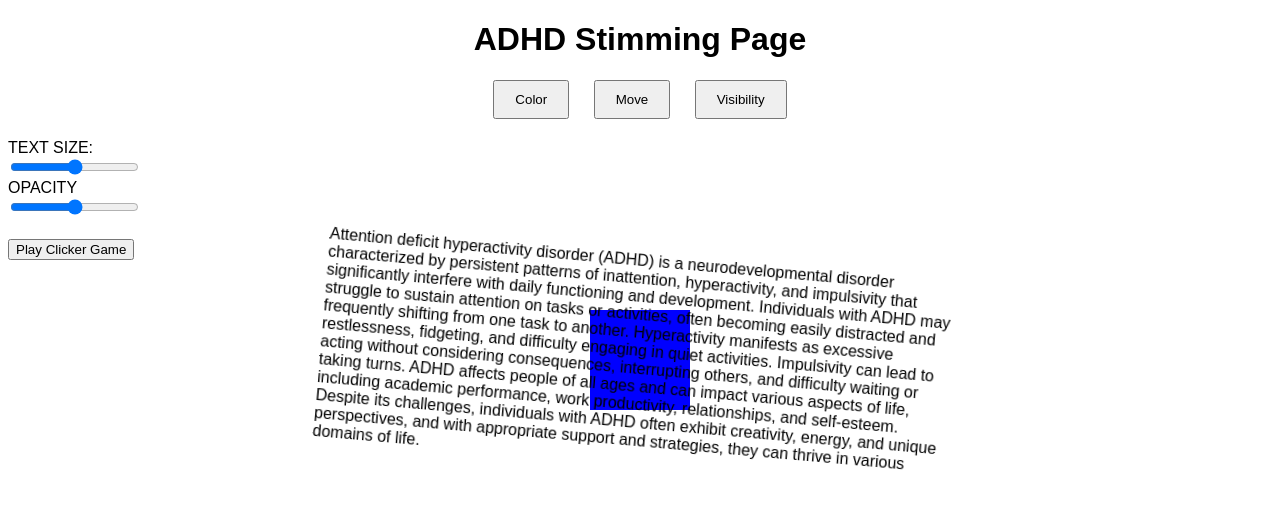
Repository: anderscederberg11/unhandledRuntimeError.json
Page: Henver/henver3.html
An editor plug-in stored every save of this project. The page is shown before and after the next save, followed by the edit.
The browser window is 1280 px wide. The pictures show the whole page.

Above is the page before, as saved 2024-05-24 19:18:29.

After the next save:
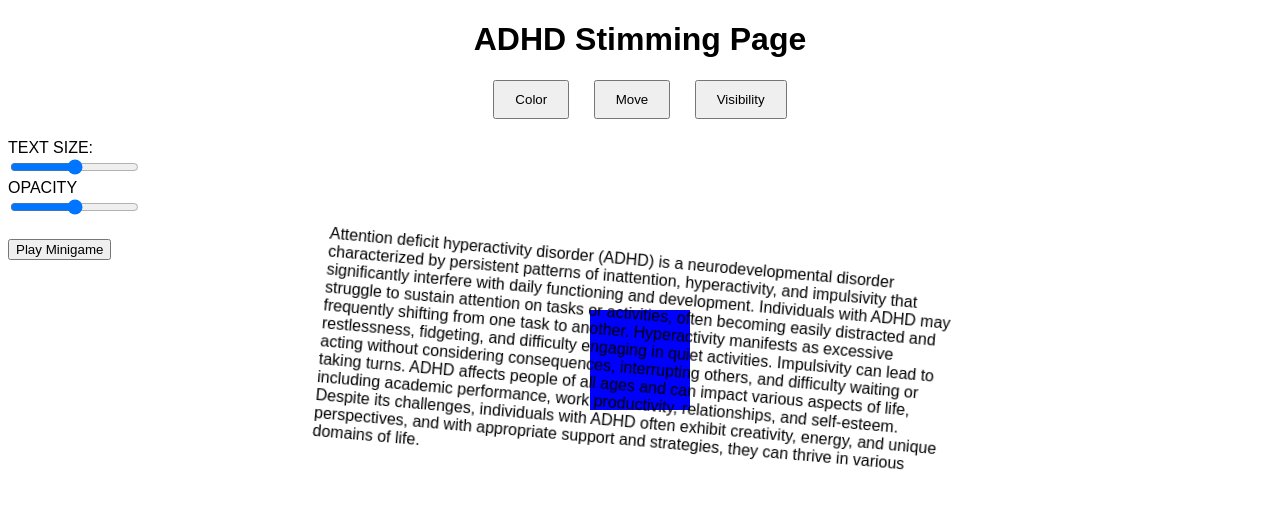
Saved 11 s later.
--- a/Henver/henver3.html
+++ b/Henver/henver3.html
@@ -27,9 +27,10 @@
     <div class="floating-paragraph">
         <p>Attention deficit hyperactivity disorder (ADHD) is a neurodevelopmental disorder characterized by persistent patterns of inattention, hyperactivity, and impulsivity that significantly interfere with daily functioning and development. Individuals with ADHD may struggle to sustain attention on tasks or activities, often becoming easily distracted and frequently shifting from one task to another. Hyperactivity manifests as excessive restlessness, fidgeting, and difficulty engaging in quiet activities. Impulsivity can lead to acting without considering consequences, interrupting others, and difficulty waiting or taking turns. ADHD affects people of all ages and can impact various aspects of life, including academic performance, work productivity, relationships, and self-esteem. Despite its challenges, individuals with ADHD often exhibit creativity, energy, and unique perspectives, and with appropriate support and strategies, they can thrive in various domains of life.</p>
       </div>
+
       <div id="minigame-container" class="minigame-container">
-        <button id="minigame-button" onclick="startClickerGame()">Play Clicker Game</button>
-        <div id="clicker-game"></div>
+        <button id="minigame-button" onclick="showRandomMinigame()">Play Minigame</button>
+        <div id="minigame"></div>
       </div>
 
 <script>
@@ -59,43 +60,6 @@
 function adjustOpacity(value) {
   document.getElementById("movableElement").style.opacity = value / 100;
 }
-let clickerInterval;
-let clickerTimeout;
-
-function startClickerGame() {
-  // Clear previous game
-  clearInterval(clickerInterval);
-  clearTimeout(clickerTimeout);
-  document.getElementById("clicker-game").innerHTML = "";
-
-  // Create and append the clickable target
-  const target = document.createElement("div");
-  target.classList.add("clicker-target");
-  target.style.top = Math.random() * 80 + "%";
-  target.style.left = Math.random() * 80 + "%";
-  document.getElementById("clicker-game").appendChild(target);
-
-  // Move the target randomly every 1 second
-  clickerInterval = setInterval(moveTarget, 1000);
-
-  // End the game after 10 seconds
-  clickerTimeout = setTimeout(endClickerGame, 10000);
-}
-
-function moveTarget() {
-  const target = document.querySelector(".clicker-target");
-  target.style.top = Math.random() * 80 + "%";
-  target.style.left = Math.random() * 80 + "%";
-}
-
-function endClickerGame() {
-  clearInterval(clickerInterval);
-  document.getElementById("clicker-game").innerHTML = "<p>Game Over!</p>";
-}
-
-function handleClick() {
-  alert("You clicked the target!");
-}
 </script>
 </body>
 </html>

After the save that followed:
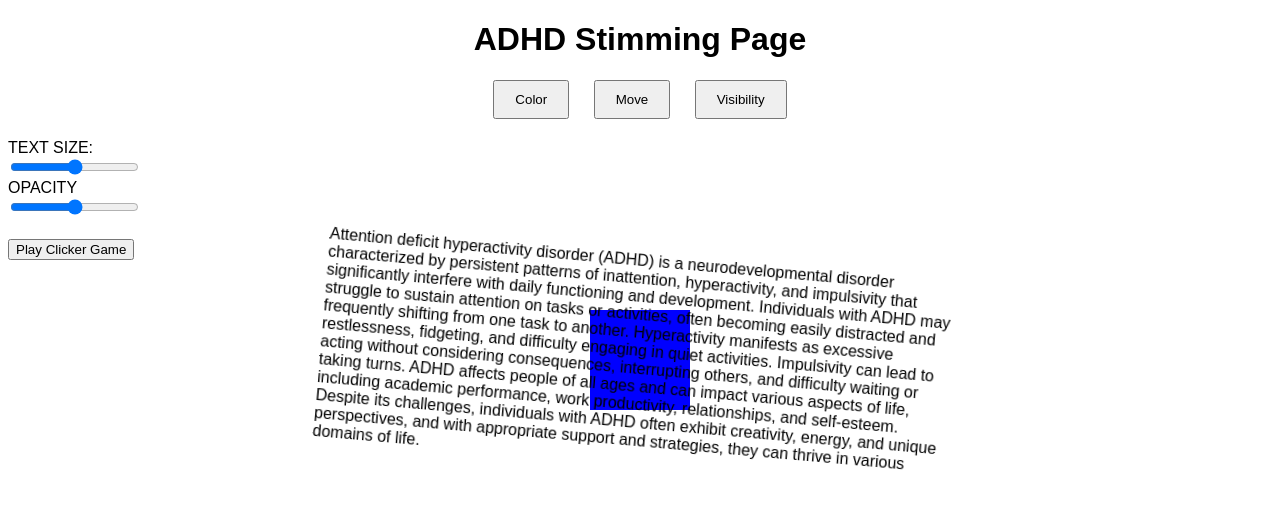
Saved 23 s later.
--- a/Henver/henver3.html
+++ b/Henver/henver3.html
@@ -29,8 +29,8 @@
       </div>
 
       <div id="minigame-container" class="minigame-container">
-        <button id="minigame-button" onclick="showRandomMinigame()">Play Minigame</button>
-        <div id="minigame"></div>
+        <button id="minigame-button" onclick="startClickerGame()">Play Clicker Game</button>
+        <div id="clicker-game"></div>
       </div>
 
 <script>
@@ -60,6 +60,43 @@
 function adjustOpacity(value) {
   document.getElementById("movableElement").style.opacity = value / 100;
 }
+let clickerInterval;
+let clickerTimeout;
+
+function startClickerGame() {
+  // Clear previous game
+  clearInterval(clickerInterval);
+  clearTimeout(clickerTimeout);
+  document.getElementById("clicker-game").innerHTML = "";
+
+  // Create and append the clickable target
+  const target = document.createElement("div");
+  target.classList.add("clicker-target");
+  target.style.top = Math.random() * 80 + "%";
+  target.style.left = Math.random() * 80 + "%";
+  document.getElementById("clicker-game").appendChild(target);
+
+  // Move the target randomly every 1 second
+  clickerInterval = setInterval(moveTarget, 1000);
+
+  // End the game after 10 seconds
+  clickerTimeout = setTimeout(endClickerGame, 10000);
+}
+
+function moveTarget() {
+  const target = document.querySelector(".clicker-target");
+  target.style.top = Math.random() * 80 + "%";
+  target.style.left = Math.random() * 80 + "%";
+}
+
+function endClickerGame() {
+  clearInterval(clickerInterval);
+  document.getElementById("clicker-game").innerHTML = "<p>Game Over!</p>";
+}
+
+function handleClick() {
+  alert("You clicked the target!");
+}
 </script>
 </body>
 </html>
